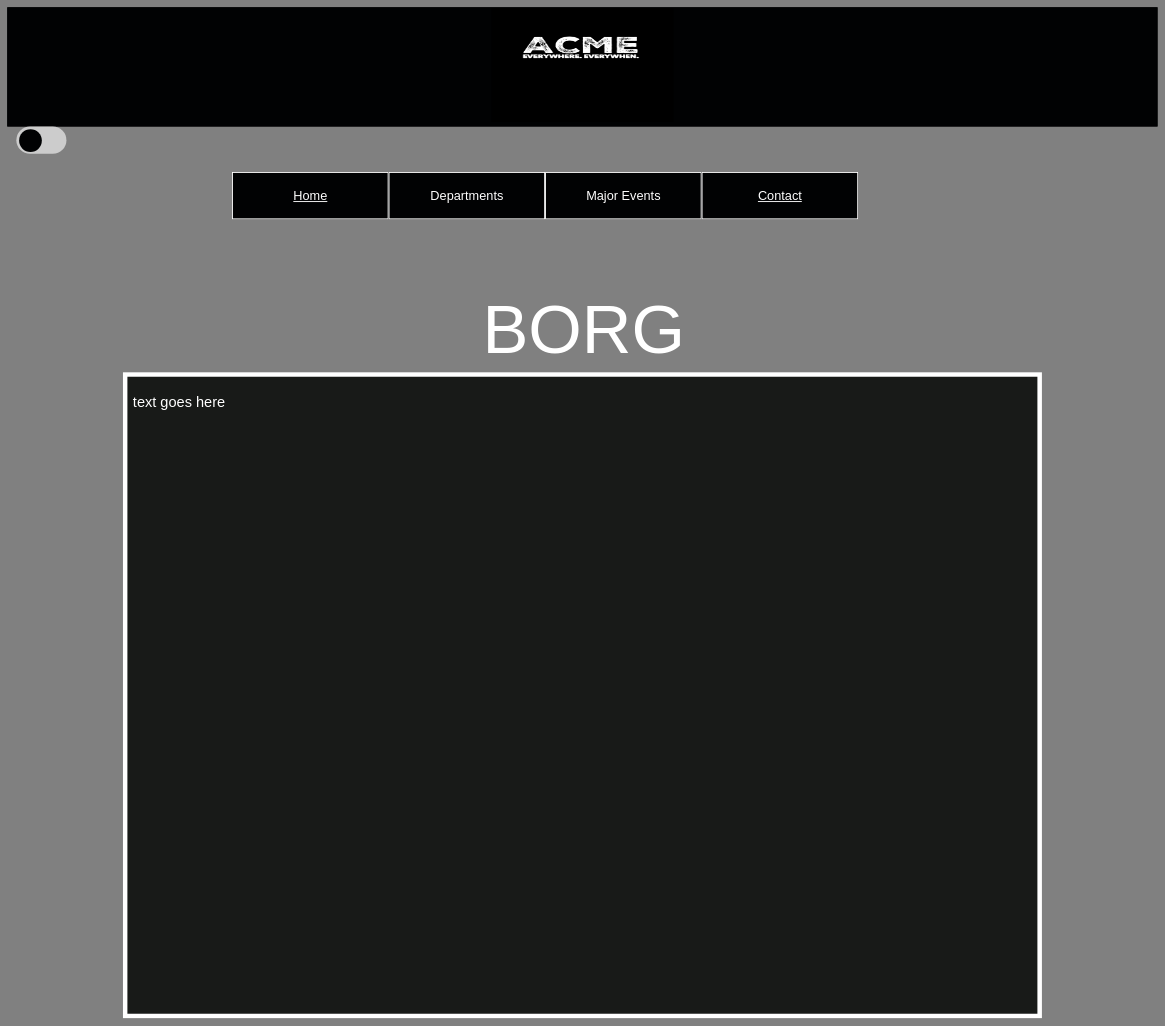
Repository: omega7379/omega7379.github.io
Page: borg.html
An editor plug-in stored every save of this project. The page is shown before and after the next save, followed by the edit.
The browser window is 1280 px wide. The pictures show the whole page, at 91% of full size.

Above is the page before, as saved 2022-07-02 17:17:48.

### borg.html
<!--created by Josip Bailey
Created 250122, Last Update 240622-->
<!DOCTYPE html>
<!--meta data-->
<meta charset="UTF-8">
<meta http-equiv="X-UA-Compatible" content="IE=edge">
<meta name="viewport" content="width=device-width, initial-scale=1.0">

<html lang="en">
    <body class="background">
        <header>
            <head>
                <!--tab title-->
                <title>ACME TIKTOK</title>
                <link rel="icon" href="acmeanvil.png">

                <!--import css-->
                <link id = "theme" rel="stylesheet" type="text/css" href="acmeStyleGuideDark.css">
            </head>

            <div class="top">
                <img src="acmelogo.png" alt="Homescreen Logo" width="200" height="125">
            </div>
        </header>
        <!--main section-->
        <main>
            <!--create toggle button to adjust switch colour-scheme-->
            <span class="toggle">
                <label class="switch" onclick="toggleTheme()">
                    <input type="checkbox">
                    <span class="slider"></span>
                </label>
            </span>

            <!--dropdown menu-->
            <div class="wrapper">
                <ul>
                    <li><a href="home.html">Home</a></li>
                    <li>Departments
                        <ul>
                            <li>Support
                                <ul>
                                    <li><a href="villianSupport.html">Villian Support</a></li>
                                    <li><a href="heroSupport.html">Hero Support</a></li>
                                    <li><a href="sidekickSupport.html">Sidekick Support</a></li>
                                    <li><a href="antiheroSupport.html">Antihero Support</a></li>
                                    <li><a href="memberSolutions.html">Member Solutions</a></li>
                                    <li><a href="itSupport.html">IT Support</a></li>
                                </ul>
                            </li>
                            <li>Corporate
                                <ul>
                                    <li><a href="corporate.html">Corporate</a></li>
                                    <li><a href="legal.html">Legal</a></li>
                                    <li><a href="collections.html">Collections</a></li>
                                    <li><a href="buildCrew.html">Build Crew</a></li>
                                    <li><a href="marketing.html">Marketing</a></li>
                                    <li><a href="communications.html">Communications</li>
                                    <li><a href="letters.html">Letters</a></li>
                                    <li><a href="humanResources.html">Human Resources</a></li>
                                    <li><a href="transportation.html">Transportation</a></li>
                                    <li><a href="publicRelations.html">Public Relations</a></li>
                                    <li><a href="evidenceDisposal.html">Evidence Disposal</a></li>
                                </ul>
                            </li>
                        </ul>
                    </li>
                    <li>Major Events
                        <ul>
                            <li><a href="borg.html">Borg Attack</a></li>
                            <li><a href="ork.html">Ork Invasion</a></li>
                            <li><a href="councilWar.html">Council War</a></li>
                            <li><a href="timeKeepers.html">Time Keepers</a></li>
                            <li><a href="TerryEscape.html">Terry's Escape</a></li>
                            <li><a href="hacked.html">The Hacker</a></li>
                        </ul>
                    </li>
                    <li><a href="contact.html">Contact</a></li>
                </ul>
            </div>
        </br></br></br>
            <div class="title">
                <p>BORG</p>
            </div>
            <!--main table holding the contents of the page-->
            <div class="contentTable">
                <table>
                    <tr><td>
                        <!--contents of page go here-->
                        <p>
                            text goes here
                        </p>
                    </tr></td>
                </table>
            </div>
        </main>
        <script type="text/javascript" src="acmejs.js"></script>
    </body>
</html>

### acmeStyleGuideDark.css
/*CSS webpage dark mode ACME, created by Josip Bailey
created 170122, last update 170622*/

/*header styling applying black to expand image without stretching*/
div.top {
    border: 1px solid #010203;
    background-color: #010203;
    text-align: center;
    align-content: center;
}
.title{
    font-size: 2cm;
    margin: auto;
    text-align: center;
    align-content: center;
}

/*start of the toggle button might delete*/
div.toggle{
    position: absolute;
    top: 50%;
    left:50%;
    transform: translate(-50%,-50%);
    text-align: left;
}
.switch{
    position: relative;
    display: inline-block;
    width: 55px;
    height: 30px;
    margin: 0 10px;

}
.slider{
    position: absolute;
    cursor: pointer;
    top: 0;
    left: 0;
    right: 0;
    bottom: 0;
    background-color: #ccc;
    transition: 0.4s;
    border-radius: 18px;
}
.switch input {display: none;}
.slider:before{
    position: absolute;
    content:"";
    height: 25px;
    width: 25px;
    left: 2.5px;
    bottom: 2.5px;
    background-color: #010203;
    transition: 0.4s;
    border-radius: 25px;
}
input:checked + .slider{
    background-color: #ccc;
}

input:checked + .slider:before{
    transform: translateX(25px);
}
/*end of button styling*/

/*background*/
.background{
    background-color: grey;
}

/*adjust text*/
p{
    margin-bottom: 4px;
    margin-left: 3px;
    font-family: Arial, Helvetica, sans-serif;
    color: white;
}
.chapter{
    margin-bottom: 8px;
    font-family: Arial, Helvetica, sans-serif;
    color: white;
    font-size: 1cm;
    text-align: center;
}

/*contentTable styling*/
.contentTable{
    border: 5px solid white;
    background-color: #181A18;
    max-width: 1000px;
    margin: auto;
    height: 700px;
    overflow: scroll;
}
.contentTablePDF{
    border: 5px solid white;
    /*background-color: #181A18;*/
    max-width: 1000px;
    margin: auto;
    height: 700px;
}
::-webkit-scrollbar{
    width: 12px;
    height: 12px;
}
::-webkit-scrollbar-thumb {
    background: white;
    border-radius: 10px;
}
::-webkit-scrollbar-thumb:hover {
    background: crimson;
}

/*drop down menu*/
.wrapper{
    width: 850px;
    margin: auto;
}
.wrapper ul{
    list-style: none;
    margin-top: 5px;
}
.wrapper ul li{
    background: #010203;
    width: 170px;
    border: 1px solid white;
    height: 50px;
    line-height: 50px;
    text-align: center;
    float: left;
    color: white;
    font-size: 14px;
    position: relative;
    font-family: Arial, Helvetica, sans-serif;
}
.wrapper ul ul{
    display: none;
}
.wrapper ul li:hover{
    background: crimson;
}
/*not broken, just a FEATURE*/
.wrapper ul li:hover > ul{/*messing with padding here to increase mouse accuracy and drop alignment*/
    display: block;
    margin: 0 0 -10em -2em;
    padding: 0 0 -2em 2em;
    z-index: 1;
    position: relative;
}
.wrapper ul ul ul{
    margin-left: 136px;
    top: 0;
    position: absolute;
}
/*adjust hyperlink colours*/
a:link{
    color: white;
}
a:visited{
    color: white;
}
a:hover{
    color: black;
}

### acmejs.js
/*enable switch for css pages-->*/
/*function toggleTheme(){
    var theme = document.getElementsByTagName('link')[0];
    if (theme.getAttribute('href') == 'acmeStyleGuideDark.css'){
        theme.setAttribute('href', 'acmeStyleGuideLight.css');
    }
    else {
        theme.setAttribute('href', 'acmeStyleGuideDark.css');
    }
}*/

function toggleTheme(){
    document.getElementsById('theme').href='acmeStyleGuideLight'
}

After the next save:
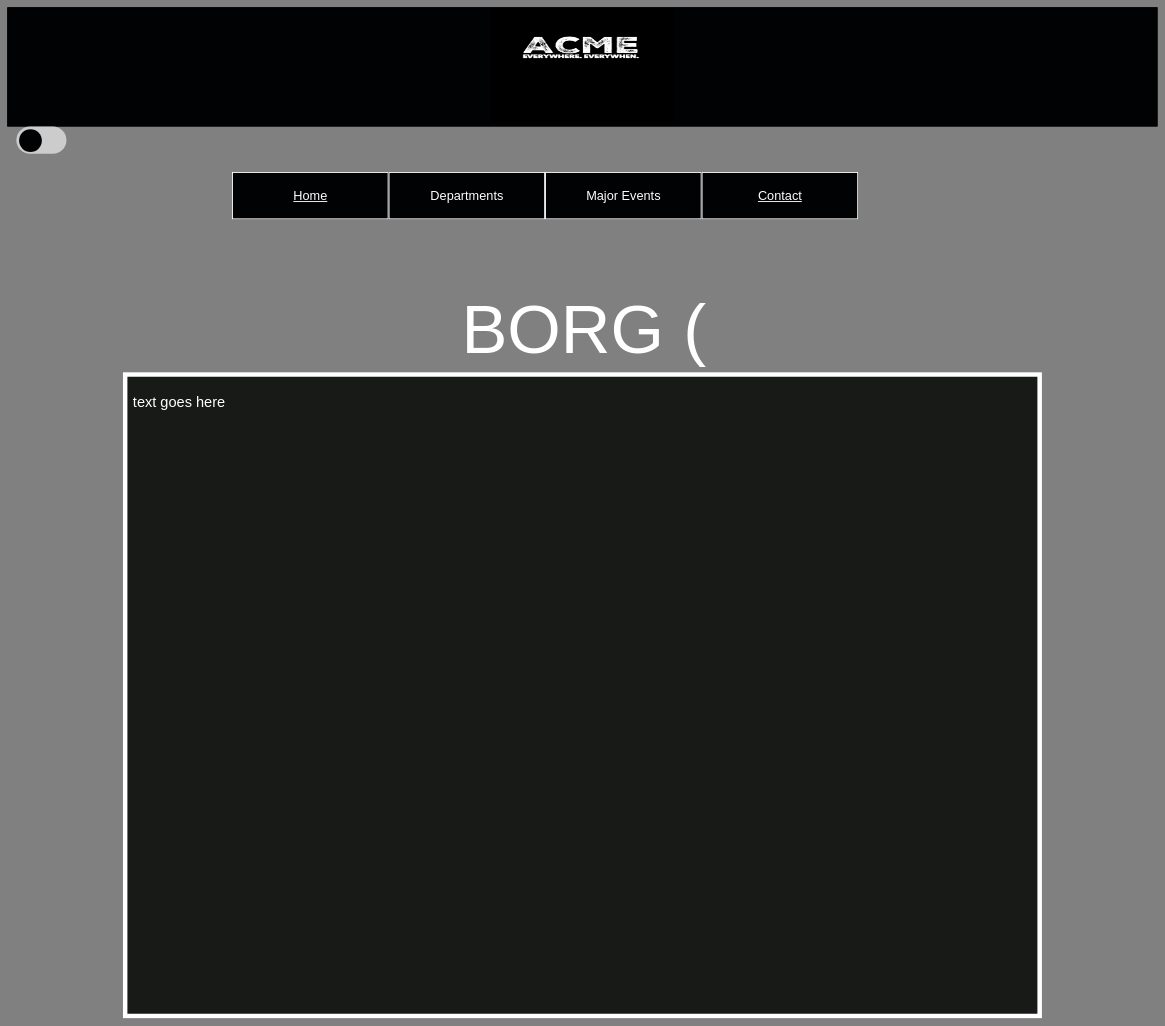
Saved 4 s later.
--- a/borg.html
+++ b/borg.html
@@ -80,7 +80,7 @@
             </div>
         </br></br></br>
             <div class="title">
-                <p>BORG</p>
+                <p>BORG (</p>
             </div>
             <!--main table holding the contents of the page-->
             <div class="contentTable">
